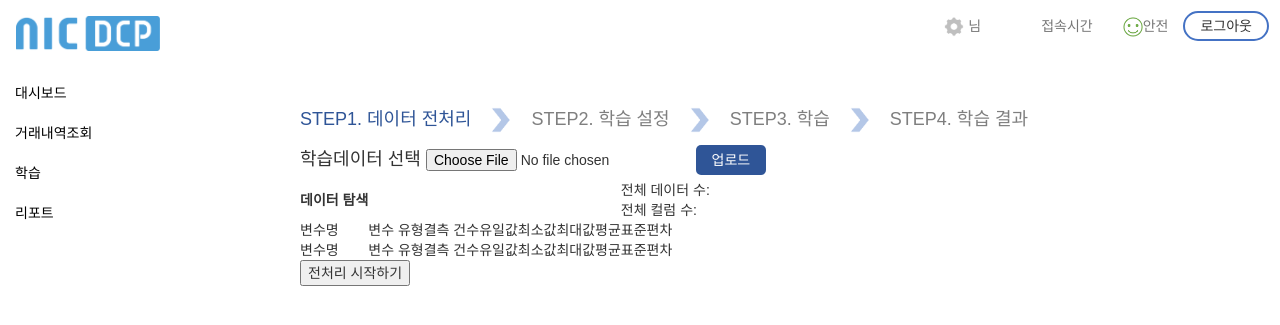
Repository: zzyeah0/project01
Page: http://localhost/nicdcp_frontend/step1.jsp
An editor plug-in stored every save of this project. The page is shown before and after the next save, followed by the edit.
The browser window is 1280 px wide. The pictures show the whole page.
Some web fonts or font styles are not loaded; a fallback is used. The page is served by Tomcat 9. Other server files are loaded and not shown. The template is opened directly, without the code that normally fills it, so the values that code supplies are empty.

Above is the page before, as saved 2021-05-24 09:16:12.

### nicdcp_frontend/src/main/webapp/step1.jsp
<%@ page language="java" contentType="text/html; charset=UTF-8"
    pageEncoding="UTF-8"%>
<!DOCTYPE html>
<html>
<head>
<meta charset="UTF-8">
<meta name="viewport" content="width=device-width", initial-scale="1">
<link rel="stylesheet" href="css/bootstrap.css">
<link rel="stylesheet" href="css/nicdcp.css">
<title>NICDCP</title>
</head>
<body>
<script>
	function checkFile() {
		var fm = document.fileForm;
		var fnm = fm.uploadFile;
		var ext = fnm.value;

		if(!(ext.substr(ext.length-3) == 'cvs')) {
			alert("CVS 파일만 업로드 가능합니다.");
			return false;
		}
		fm.submit();
	}
</script>
	<jsp:include page="/header.jsp" />
	<div class="pages">
		<table>
			<tr>
				<td><h4 class="text-blue">STEP1. 데이터 전처리</h4></td>
				<td><img src="./image/next.png" class="next-img" alt="" /></td>
				<td><h4 class="text-grey">STEP2. 학습 설정</h4></td>
				<td><img src="./image/next.png" class="next-img" alt="" /></td>
				<td><h4 class="text-grey">STEP3. 학습</h4></td>
				<td><img src="./image/next.png" class="next-img" alt="" /></td>
				<td><h4 class="text-grey">STEP4. 학습 결과</h4></td>
			</tr>
		</table>
		<form action="<%= application.getContextPath() %>/dataUpload.do" method="post" enctype="multipart/form-data">
		<table>
			<tr>
				<th><h4>학습데이터 선택&nbsp;</h4></th>
				<td colspan="7">
					<input type="file" name="file"/>
				</td>
				<td>
					<input type="submit" value="업로드" class="btn blue"/>
				</td>
			</tr>
		</table>
		</form>
		<table>
			<tr>
				<th>데이터 탐색</th>
				<td colspan="6"></td>
				<td>전체 데이터 수: <br/>전체 컬럼 수: </td>
			</tr>
			<tr>
				<td>변수명</td>
				<td>변수 유형</td>
				<td>결측 건수</td>
				<td>유일값</td>
				<td>최소값</td>
				<td>최대값</td>
				<td>평균</td>
				<td>표준편차</td>
			</tr>
			<tr>
				<td>변수명</td>
				<td>변수 유형</td>
				<td>결측 건수</td>
				<td>유일값</td>
				<td>최소값</td>
				<td>최대값</td>
				<td>평균</td>
				<td>표준편차</td>
			</tr>
		</table>
		<input type="button" onclick="location.href='step2.jsp'" value="전처리 시작하기" />
	</div>
</body>
</html>

### nicdcp_frontend/src/main/webapp/header.jsp
<%@ page language="java" contentType="text/html; charset=UTF-8"
    pageEncoding="UTF-8"%>
<!DOCTYPE html>
<html>
<head>
<meta charset="UTF-8">
<meta name="viewport" content="width=device-width", initial-scale="1">
<link rel="stylesheet" href="css/bootstrap.css">
<link rel="stylesheet" href="css/nicdcp.css">
<title>Insert title here</title>
<script
  src="https://code.jquery.com/jquery-3.6.0.min.js"
  integrity="sha256-/xUj+3OJU5yExlq6GSYGSHk7tPXikynS7ogEvDej/m4="
  crossorigin="anonymous"></script>
</head>
<body>
	<nav class="navbar navbar-default">
		<div class="navbar-header">
			<button type="button" class="navbar-toggle collapsed" data-toggle="collapse" data-targe="#bs-example-navbar-collapse-1"	aria-expanded="false">
				<span class="icon-bar"></span>
				<span class="icon-bar"></span>
				<span class="icon-bar"></span>
			</button>
			<a class="navbar-brand" href="<%=request.getContextPath() %>/dashboard.do"><img class="logo" src="./image/NIC-DCP.png"/></a>
		</div>
		<div class="collapse navbar-collapse" id="bs-example-navbar-collapse-1">
			<ul class="nav navbar-nav navbar-right">
				<li><a href="password.jsp"><img src="./image/config.png" id="config-img" alt="" /> ${emp_name}님</a></li>
				<li><a>${emp_ip}</a></li>
				<li><a>접속시간</a></li>
				<li><a><img src="./image/safe.png" class="invasion-monitoring-img" alt="" />안전</a></li>
				<li><button id="logout-btn" onclick="location.href='logout.do'">로그아웃</button></li>
			</ul>
		</div>
	</nav>
	<div class="vertical-nav">
		<ul class="nav navbar-left">
			<li><a href="<%=request.getContextPath() %>/dashboard.do">대시보드</a></li>
			<li><a href="<%=request.getContextPath() %>/transaction.do">거래내역조회</a></li>
			<li><a href="<%=request.getContextPath() %>/learningList.do">학습</a></li>
			<li><a href="<%=request.getContextPath() %>/report.do">리포트</a></li>
		</ul>
	</div>
</body>
</html>

### nicdcp_frontend/src/main/webapp/css/nicdcp.css
@font-face {
	font-family: 'Noto Sans KR';
	font-style: normal;
	font-weight: 100;
	src: url(//fonts.gstatic.com/ea/notosanskr/v2/NotoSansKR-Thin.woff2) format('woff2'),url(//fonts.gstatic.com/ea/notosanskr/v2/NotoSansKR-Thin.woff) format('woff'),url(//fonts.gstatic.com/ea/notosanskr/v2/NotoSansKR-Thin.otf) format('opentype');
	}
@font-face {
	font-family: 'Noto Sans KR';
	font-style: normal;
	font-weight: 300;
	src: url(//fonts.gstatic.com/ea/notosanskr/v2/NotoSansKR-Light.woff2) format('woff2'),url(//fonts.gstatic.com/ea/notosanskr/v2/NotoSansKR-Light.woff) format('woff'),url(//fonts.gstatic.com/ea/notosanskr/v2/NotoSansKR-Light.otf) format('opentype');
	}
	@font-face {
	font-family: 'Noto Sans KR';
	font-style: normal;
	font-weight: 400;
	src: url(//fonts.gstatic.com/ea/notosanskr/v2/NotoSansKR-Regular.woff2) format('woff2'),url(//fonts.gstatic.com/ea/notosanskr/v2/NotoSansKR-Regular.woff) format('woff'),url(//fonts.gstatic.com/ea/notosanskr/v2/NotoSansKR-Regular.otf) format('opentype');
	}
	@font-face {
	font-family: 'Noto Sans KR';
	font-style: normal;
	font-weight: 500;
	src: url(//fonts.gstatic.com/ea/notosanskr/v2/NotoSansKR-Medium.woff2) format('woff2'),url(//fonts.gstatic.com/ea/notosanskr/v2/NotoSansKR-Medium.woff) format('woff'),url(//fonts.gstatic.com/ea/notosanskr/v2/NotoSansKR-Medium.otf) format('opentype');
	}
	@font-face {
	font-family: 'Noto Sans KR';
	font-style: normal;
	font-weight: 700;
	src: url(//fonts.gstatic.com/ea/notosanskr/v2/NotoSansKR-Bold.woff2) format('woff2'),url(//fonts.gstatic.com/ea/notosanskr/v2/NotoSansKR-Bold.woff) format('woff'),url(//fonts.gstatic.com/ea/notosanskr/v2/NotoSansKR-Bold.otf) format('opentype');
	}
	@font-face {
	font-family: 'Noto Sans KR';
	font-style: normal;
	font-weight: 900;
	src: url(//fonts.gstatic.com/ea/notosanskr/v2/NotoSansKR-Black.woff2) format('woff2'),url(//fonts.gstatic.com/ea/notosanskr/v2/NotoSansKR-Black.woff) format('woff'),url(//fonts.gstatic.com/ea/notosanskr/v2/NotoSansKR-Black.otf) format('opentype');
	}
	body, h1, h2, h3, h4, h5, h6, input, textarea, select {
	font-family: 'Noto Sans KR', sans-serif;
	}



/* 버튼 길이 */
.btn-long {
	width: 230px;
	height: 40px;
}

.container {
	width: 100%;
	height: 100vh;
	display: flex;
}

.loginBox{
	margin:auto;
	text-align: center;
}

#lostPwdTb {
	margin-top: -60%;
	width: 400px;
}

.loginLogo {
	max-width: 400px;
	min-width: 100px;
	padding-bottom: 100px;
	margin-top: -100px;
}

.step-bar {
	width: 29%;
	height: 5px;
	float: left;
	margin-left: 5px;
	border: none;
	margin-bottom: 40px;
}

.loginBox table {
	margin:auto;
}

.loginImg {
	width: 30px;
	margin: 2px;
}

.loginInput {
	background-color: #DAE3F3;
	border: 0px;
	width: 200px;
	height: 30px;
	padding: 5px;
	border-radius: 3px;
}

.title{
	font-size: 20px;
	font-weight: bold;
	text-align: left;
}

.vertical-nav{
	float:left;
	width: 200px;
	height: 100%;
}

.pages {
	position: absolute;
	left: 300px;
	top: 100px;
}

#performance {
	width: 200px;
	margin-bottom: 30px;
}

th{
	text-align: center;
}

.logo {
	height: 35px;
}

#config-img{
	width: 20px;
}

.invasion-monitoring-img{
	width: 20px;
}

#logout-btn {
	border-radius: 15px;
	border: 2px solid #4472C4;
	padding: 3px 15px;
	margin-top: 10px;
	margin-right: 10px;
	background-color: white;
}

.box{
	position: relative;
	margin: 10px;
	padding: 10px;
	background-color: #E2F0D9;
	border-radius: 10px;
}

.short {
	width: 180px;
	height: 100px;
}

.long {
	width: 250px;
	height: 80px;
}

.big {
	width: 250px;
	height: 125px;
}

.transp {
	background-color:white;
	border: solid 3px #2F528F;
	margin: 10px;
	padding: 10px;
	border-radius: 10px;
	max-height: 300px;
}

.transp table {
	width: 100%;
}

.transp th {
	text-align: left;
	padding: 0 10px;
}
.transp td {
	text-align: center;
}
.box img {
	width: 15px;
}

.box button {
	border: none;
	outline: none;
	background-color: transparent;
	position: absolute;
	top: 7px;
	right: 7px;
}

#more-btn{
	width: 20px;
}

#learning-btn{
	float: right;
	width: 100px;
}

.explainBox {
	border: solid 1px #D9D9D9;
	float: right;
	padding: 10px;
	margin-top: 50px;
	width: 50%;
}
.filter {
	background-color: #ADB9CA;
	padding: 10px;
}

.filter table{
	min-width: 800px;
	min-height: 100px;
}

.content table{
	min-width: 820px;
	margin-top: 20px;
}
.content table tr{
	height: 30px;
	text-align: center;
}

.d-tb table{
	min-width: 600px;
}

.d-tb tr{
	height: 30px;
	text-align: center;
}

.d-tb th{
	background-color: #D9D9D9;
}
.btn{
	border-radius: 5px;
	border: none;
	padding: 5px;
	margin: 5px;
	color: white;
	min-width: 70px;
}

.content th {
	background-color: #D9D9D9;
	text-align: center;
}

.content td a:link{
	color: black;
	text-decoration: none;
}

.content td a:hover{
	color: #4472C4;
	text-decoration: none;
}

.yesorno {
	width: 20px;
}

.align-left{
	text-align: left;
}

.align-center{
	text-align: center;
}

h4{
	text-align: left;
}

a{
	color: black;
	text-decoration: none;
}
a:hover {
	color: black;
	text-decoration: none;
}

.text-blue {
	color: #2F5597;
}

.text-grey {
	color: #7F7F7F;
}

.next-img {
	width: 20px;
	margin: 0 20px;
}
.inline {
	display: inline-block;
}

.report-tb th {
	background-color: #D9D9D9;
	text-align: center;
}

/*background-color*/
.blue {
	background-color: #2F5597;
}

.liblue2 {
	background-color: #4472C4;
}

.liblue {
	background-color: #8FAADC;
}

.grey {
	background-color: #AFABAB;
}

.ligrey {
	background-color: #AFABAB;
}

.red {
	background-color: #FBE5D6;
}

.coral {
	background-color: #F4B183;
}

.yellow{
	background-color: #FFF2CC;
}

Loaded but not shown: nicdcp_frontend/src/main/webapp/css/bootstrap.css (library)

After the next save:
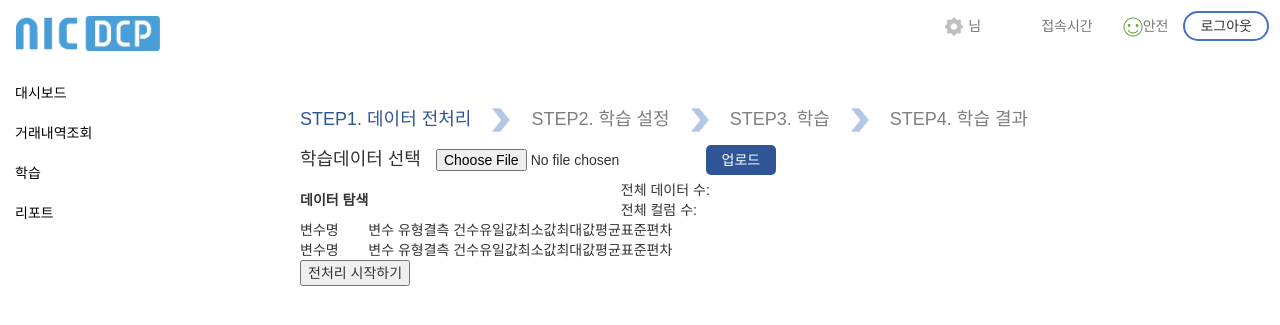
Saved 12 s later.
--- a/nicdcp_frontend/src/main/webapp/step1.jsp
+++ b/nicdcp_frontend/src/main/webapp/step1.jsp
@@ -39,7 +39,7 @@
 		<form action="<%= application.getContextPath() %>/dataUpload.do" method="post" enctype="multipart/form-data">
 		<table>
 			<tr>
-				<th><h4>학습데이터 선택&nbsp;</h4></th>
+				<th><h4>학습데이터 선택&nbsp;&nbsp;&nbsp;</h4></th>
 				<td colspan="7">
 					<input type="file" name="file"/>
 				</td>
